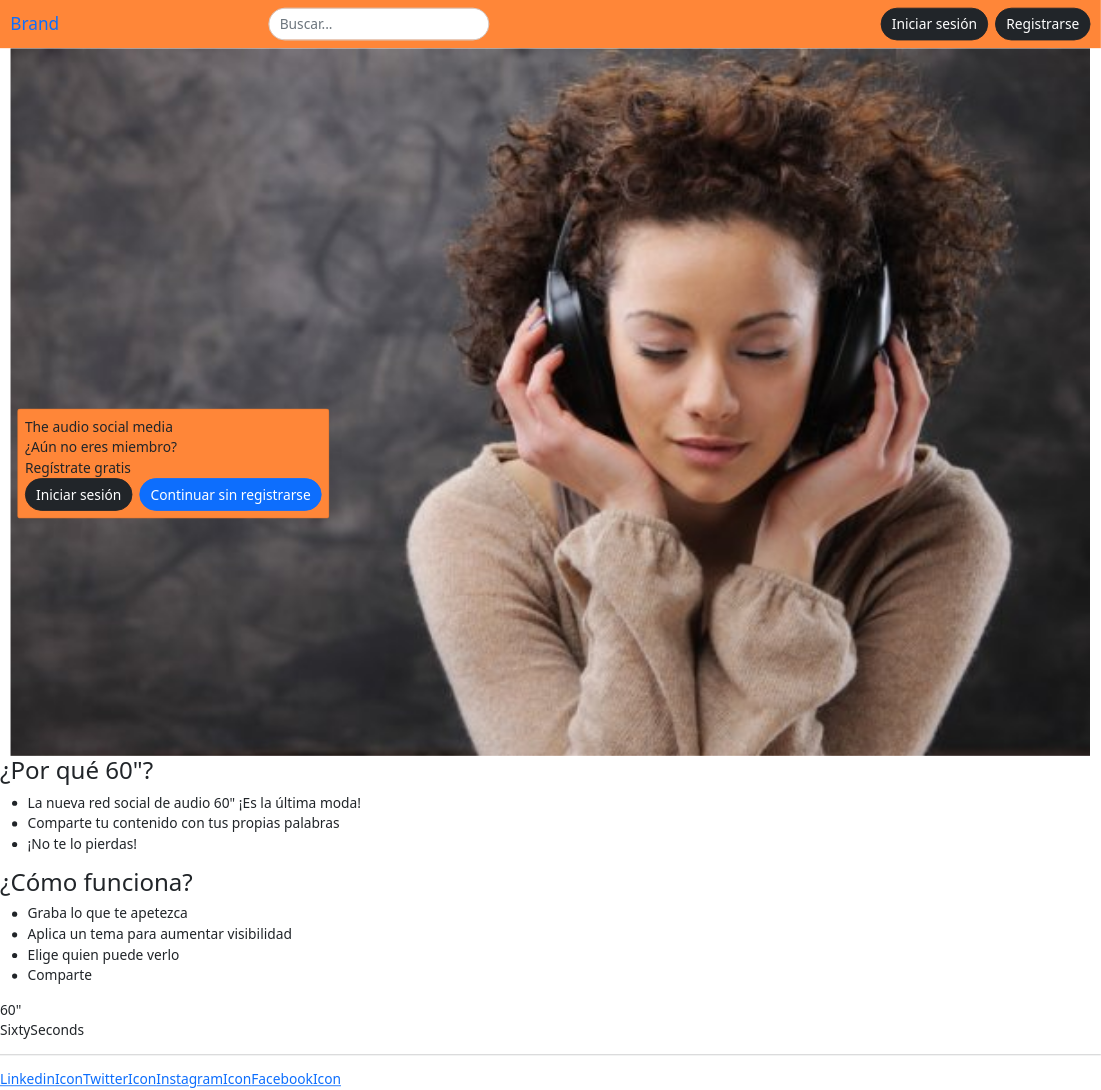
Repository: Zapulin/react-sixtySeconds-front
Page: /
An editor plug-in stored every save of this project. The page is shown before and after the next save, followed by the edit.
The browser window is 1280 px wide. The pictures show the whole page, at 86% of full size.
The project was rebuilt for these pictures with package versions that can differ from the ones it lists, and the page was loaded fresh each time. Also part of the build but not shown: src/Components/Login.js, src/Components/Signup.js, src/Components/Publish.js, src/Components/Activity.js, src/Components/Navbar.js, src/Components/Categories.js, src/Components/IconProfile.js, src/Components/Recorder.js and 10 more. Imported but missing from the stored project, and not drawn on this page: src/Samples/AUDIOMP3.mp3, src/Samples/AUDIOOGG.ogg.

Above is the page before, as saved 2022-04-13 15:04:05.

### src/index.js
import React from 'react';
import ReactDOM from 'react-dom';
import App from './App';
import './index.css';
import 'bootstrap/dist/css/bootstrap.min.css';

ReactDOM.render(
  <React.StrictMode>
    <App />
  </React.StrictMode>,
  document.getElementById('root')
);

### src/App.js
import { BrowserRouter, Routes, Route } from 'react-router-dom';

//Pages
import Home from './Pages/Home';
import Feed from './Pages/Feed';
import User from './Pages/Profile';
import NotFound from './Pages/NotFound';

function App() {
  return (
    <BrowserRouter>
      <Routes>
        <Route path='/' element={<Home/>} />
        <Route path='/feed' element={<Feed/>} />
        <Route path='/profile/:id' element={<User/>} />
        <Route path='*' element={<NotFound/>} />
      </Routes>
    </BrowserRouter>
  );
}

export default App;

### src/Pages/Home.js
import top_image from "../Resources/images/top_image.svg";


//Components
import Footer from '../Components/Footer'
import NavbarHome from '../Components/NavbarHome'

function Home() {

  return (
    <>
    <NavbarHome/>
      <div className="container-fluid">
          <div className="position-relative">
            <img className="img-fluid" src={top_image} alt="" />
            <div className="card rounded m-2 p-2 position-absolute top-50" style={{background:'#FF8638'}}>
                 <span> The audio social media </span>
                 <span> ¿Aún no eres miembro? </span>
                 <span> Regístrate gratis </span>
                <div className="d-flex justify-content-between">
                    <button className="btn btn-dark rounded-pill"> Iniciar sesión</button>
                    <button className="btn btn-primary ms-2 rounded-pill"> Continuar sin registrarse </button>
                </div>
            </div>
        </div>
      </div>
      <div>
        <div>
            <h3>¿Por qué 60"?</h3>
            <ul>
                <li><span>La nueva red social de audio 60" ¡Es la última moda!</span></li>
                <li><span>Comparte tu contenido con tus propias palabras</span></li>
                <li><span>¡No te lo pierdas!</span></li>
            </ul>
        </div>
        <div>
            <h3>¿Cómo funciona?</h3>
            <ul>
                <li><span>Graba lo que te apetezca</span></li>
                <li><span>Aplica un tema para aumentar visibilidad</span></li>
                <li><span>Elige quien puede verlo</span></li>
                <li><span>Comparte</span></li>
            </ul>
        </div>
      </div>
      <Footer/>
    </>
  );
}

export default Home;

### src/Components/Footer.js

function Footer() {
  return (
  	<footer>
		<div className="circle">
			<span>60"</span><br /><span>SixtySeconds</span><br /><hr />
			<a href="https://www.linkedin.com" target="_blank">LinkedinIcon{ /* TODO: add linkedIn icon */ }</a>
			<a href="https://twitter.com" target="_blank">TwitterIcon{ /* TODO: add twitter icon */ }</a>
			<a href="https://www.instagram.com" target="_blank">InstagramIcon{ /* TODO: add instagram icon */ }</a>
			<a href="https://www.facebook.com" target="_blank">FacebookIcon{ /* TODO: add facebook icon */ }</a>
		</div>
	</footer>
  );
}

export default Footer;

### src/Components/NavbarHome.js
import "../stylesheets/NavbarHome.css";

function NavbarHome() {

	return (

    <>
    <nav className="navbar navbar-expand-lg">
      <div className="container-fluid">
          {/* Logo - por ahora es un link  */}
        <a href="#" className="navbar-brand">
          Brand
        </a>
        <button
          type="button"
          className="navbar-toggler"
          data-bs-toggle="collapse"
          data-bs-target="#navbarCollapse1"
        >
          <i className="fa fa-bars"></i>
        </button>
        <div className="collapse navbar-collapse" id="navbarCollapse1">
          <div className="form my-2 my-lg-0 mx-auto">
            <input
              className="form-control mr-sm-2 rounded-pill"
              type="search"
              placeholder="Buscar..."
              aria-label="Search"
            />
          </div>
          {/* <div class="navbar-nav">
                  <a href="#" class="nav-item nav-link active">Home</a>
                  <a href="#" class="nav-item nav-link">About</a>
                  <a href="#" class="nav-item nav-link">Products</a>
              </div> */}
          {/* Buttons */}
          <div className="d-flex ms-auto gap-2">
            {/* <input type="text" class="form-control me-sm-2" placeholder="Search"/> */}
            <button type="button" className="btn btn-dark rounded-pill">
              Iniciar sesión
            </button>
            <button type="button" className="btn btn-dark rounded-pill">
              Registrarse
            </button>
          </div>
        </div>
      </div>
    </nav>

    <header className="text-white" id="navbar-color">
      <div className="row">
        {/* <ul class="nav col-12 col-lg-auto me-lg-auto mb-2 justify-content-center mb-md-0">

    <form class="col-12 col-lg-auto mb-3 mb-lg-0 me-lg-3">

    </form>
    </ul> */}
        <div className="col-5"></div>
        <div className="col-4"></div>

        <div className="col-3 d-lg-flex gap-2">
          {/* <button type="button" class="btn btn-dark rounded-pill">
                Iniciar sesión
              </button> */}

          {/* <button type="button" class="btn btn-dark rounded-pill">
                Registrarse
              </button> */}
        </div>
      </div>
    </header>
  </>
);
}

export default NavbarHome;

### src/stylesheets/NavbarHome.css
.bd-placeholder-img {
    font-size: 1.125rem;
    text-anchor: middle;
    -webkit-user-select: none;
    -moz-user-select: none;
    user-select: none;
  }

  @media (min-width: 768px) {
    .bd-placeholder-img-lg {
      font-size: 3.5rem;
    }
  }

  nav {
      background-color: #FF8638;
  }

Loaded but not shown: public/index.html (common file); src/index.css (common file)

After the next save:
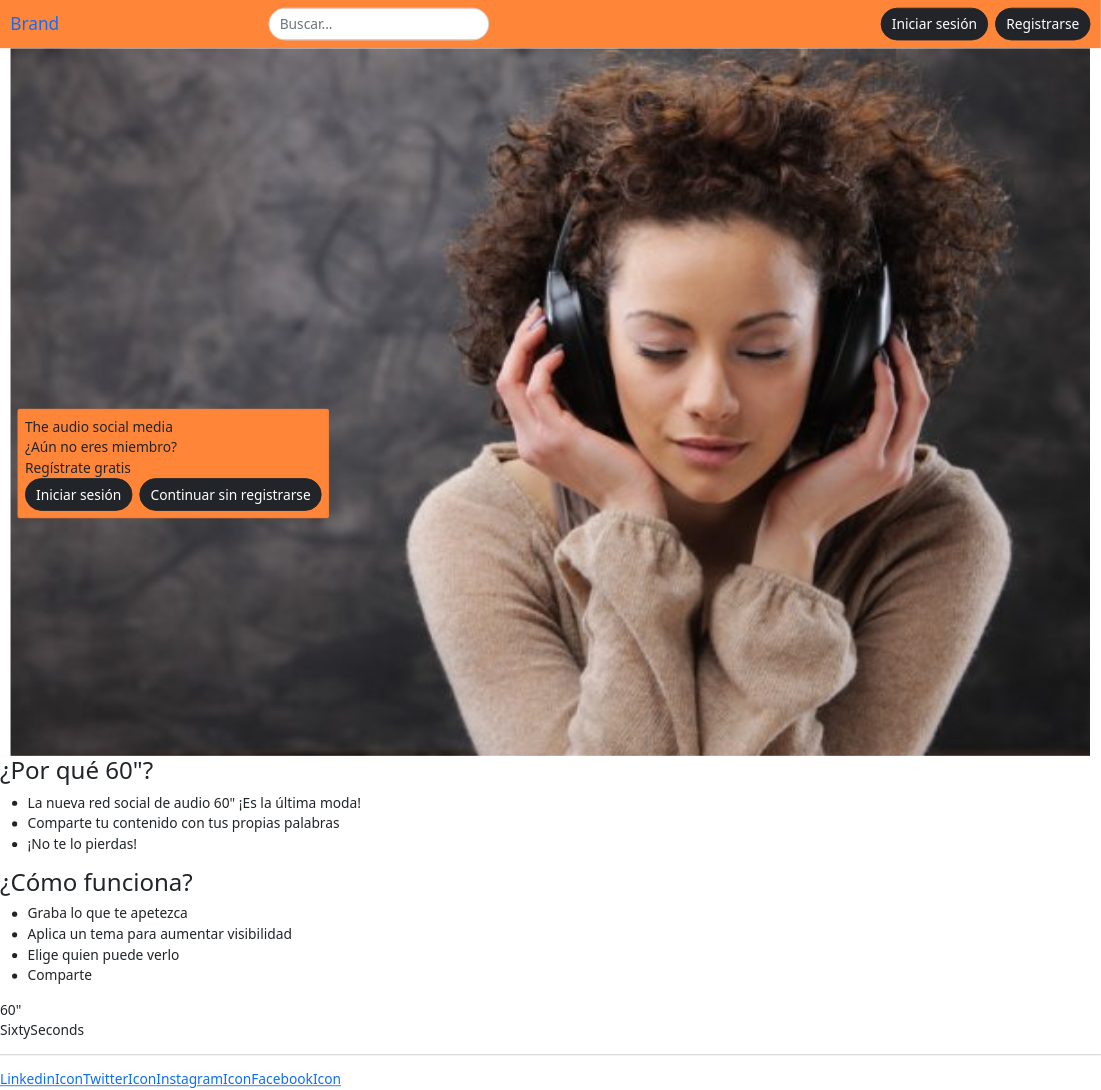
Saved 7 s later.
--- a/src/Pages/Home.js
+++ b/src/Pages/Home.js
@@ -19,7 +19,7 @@ function Home() {
                  <span> Regístrate gratis </span>
                 <div className="d-flex justify-content-between">
                     <button className="btn btn-dark rounded-pill"> Iniciar sesión</button>
-                    <button className="btn btn-primary ms-2 rounded-pill"> Continuar sin registrarse </button>
+                    <button className="btn btn-dark ms-2 rounded-pill"> Continuar sin registrarse </button>
                 </div>
             </div>
         </div>
